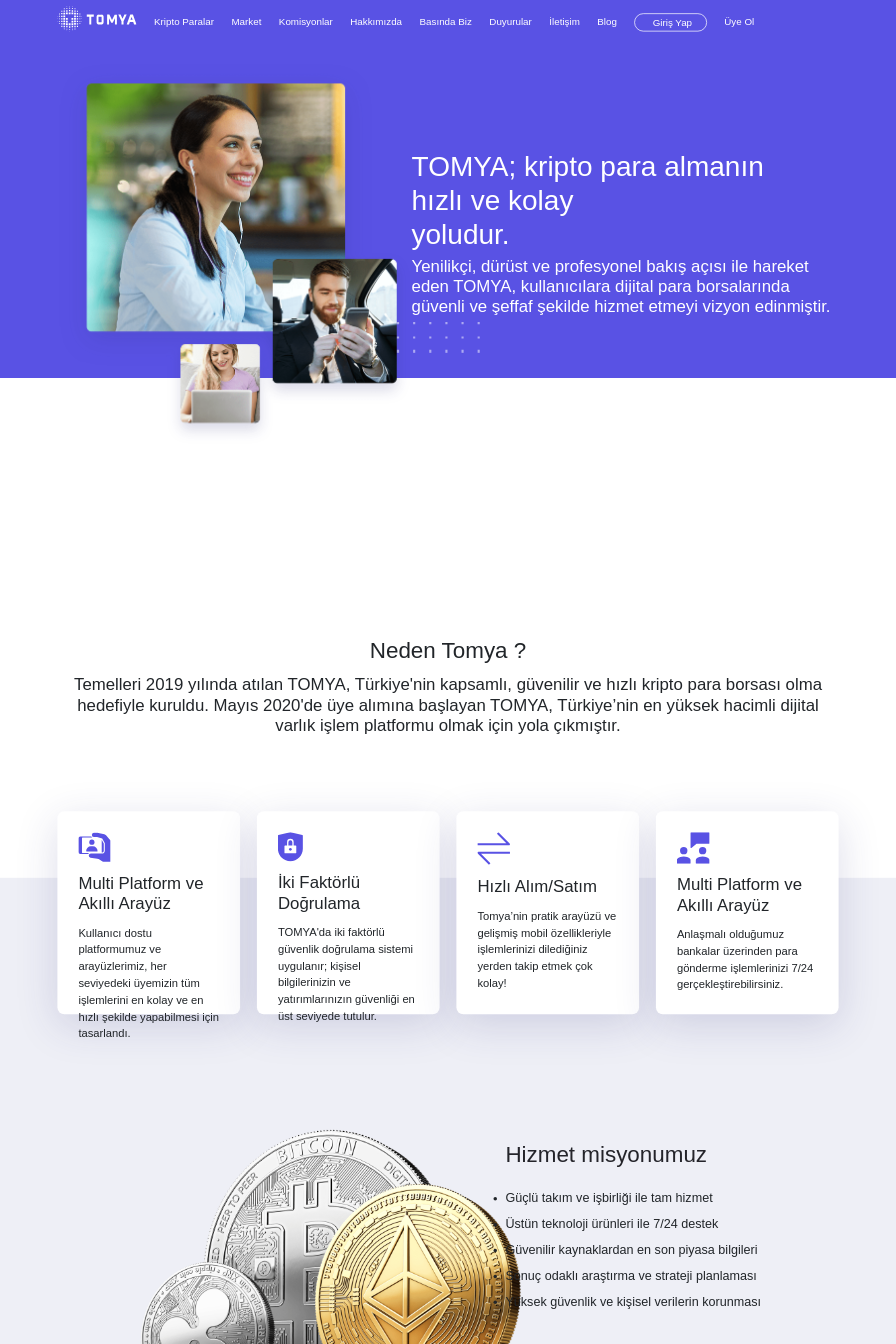
Repository: ezgibayrakli/TomyaProje
Page: index copy.html
The author's editor kept a copy of each file at every save. The page is drawn from the files as they stood at one save, then again after the next save.
The browser window is 1280 px wide. The pictures show the part of the page from y = 0 to 1920 px (the page is 5181 px tall before and 5197 px after), at 70% of full size.
Some web fonts or font styles are not loaded; a fallback is used.

Above is the page before, as saved 2023-07-06 13:33:19.

After the next save:
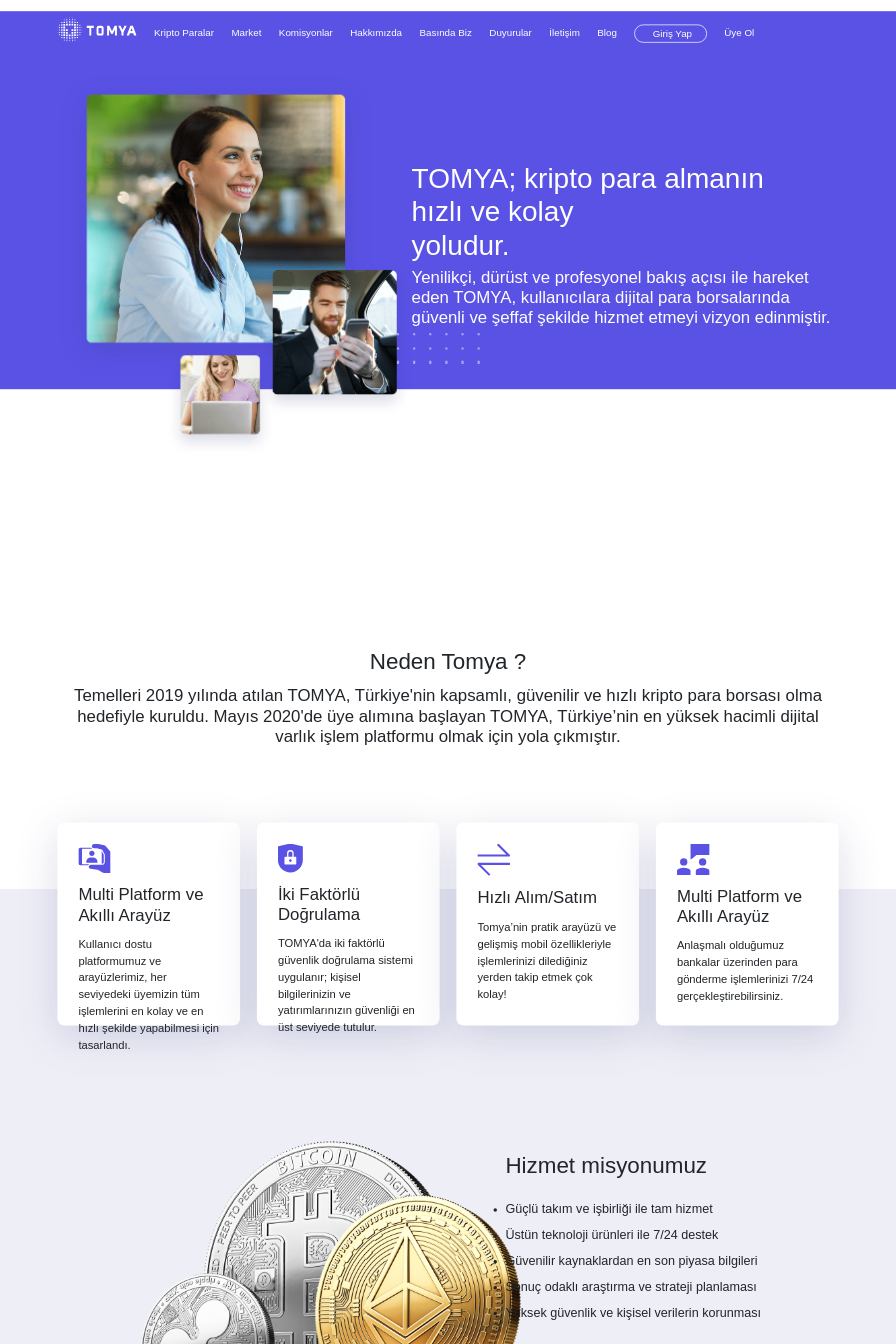
Saved 6 s later.
--- a/index copy.html
+++ b/index copy.html
@@ -13,7 +13,7 @@
     <section id="header">
         <div class="header">
             <div class="container">
-                <nav class="navbar navbar-expand-lg">
+                <nav class="navbar navbar-expand-lg mt-3">
                     <div class="header-logo">
                         <img src="photo/tomya-logo.svg" alt="">
                     </div>
